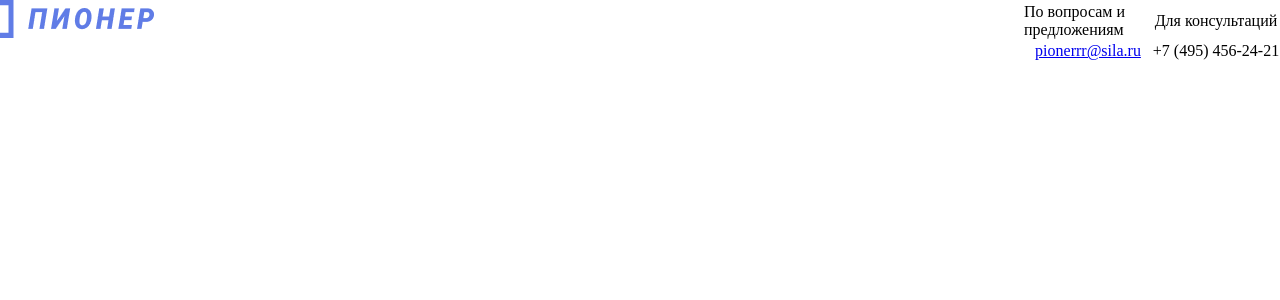
Repository: VictoriSyh/week6
Page: pioner.html
An editor plug-in stored every save of this project. The page is shown before and after the next save, followed by the edit.
The browser window is 1280 px wide. The pictures show the whole page.

Above is the page before, as saved 2024-12-16 22:48:08.

### pioner.html
<!DOCTYPE html>
<html lang="ru">
<head>
    <link rel="stylesheet" href="/styles/normalize.css">
    <link rel="stylesheet" href="/styles/stylepioner.css">
    <meta charset="UTF-8">
    <meta name="viewport" content="width=device-width, initial-scale=1.0">
    <link rel="shortcut icon" href="https://www.svgrepo.com/show/529024/home-wifi-angle.svg"
    type="image/svg">
    <title>ПИОНЕР</title>
</head>
<body>
    <header>
        <div>
            <img src="./assets/img/logo.png" alt="ПИОНЕР" />
          </div>
          <div class="text1">По вопросам и предложениям</div>
        <div class="e-mail"><a href="pionerrr@sila.ru">pionerrr@sila.ru</a></div>
        <div class="text2">Для консультаций</div>
       <div class="phone">+7 (495) 456-24-21</div>
    </header>
</body>
</html>

### styles/stylepioner.css
header{
    display: grid;
    grid-template-columns: 10% 70% 10% 10%;
    grid-template-rows: 20;
    align-items: center;
    justify-items: center;
}
.text1{
    display: grid;
    grid-row: 1/2;
    grid-column:3/4;
}

.e-mail{
    display: grid;
    grid-row: 2/3;
    grid-column:3/4;
}

.text2{
    display: grid;
    grid-row: 1/2;
    grid-column:4/5;
}

.phone{
    isplay: grid;
    grid-row: 2/3;
    grid-column:4/5;
}

Loaded but not shown: styles/normalize.css (library)

After the next save:
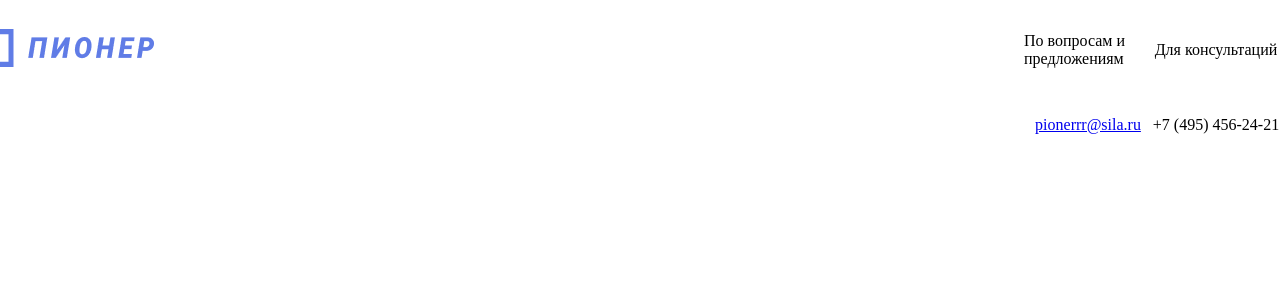
Saved 7 s later.
--- a/styles/stylepioner.css
+++ b/styles/stylepioner.css
@@ -1,7 +1,7 @@
 header{
     display: grid;
     grid-template-columns: 10% 70% 10% 10%;
-    grid-template-rows: 20;
+    grid-template-rows: 100px 50px;
     align-items: center;
     justify-items: center;
 }
